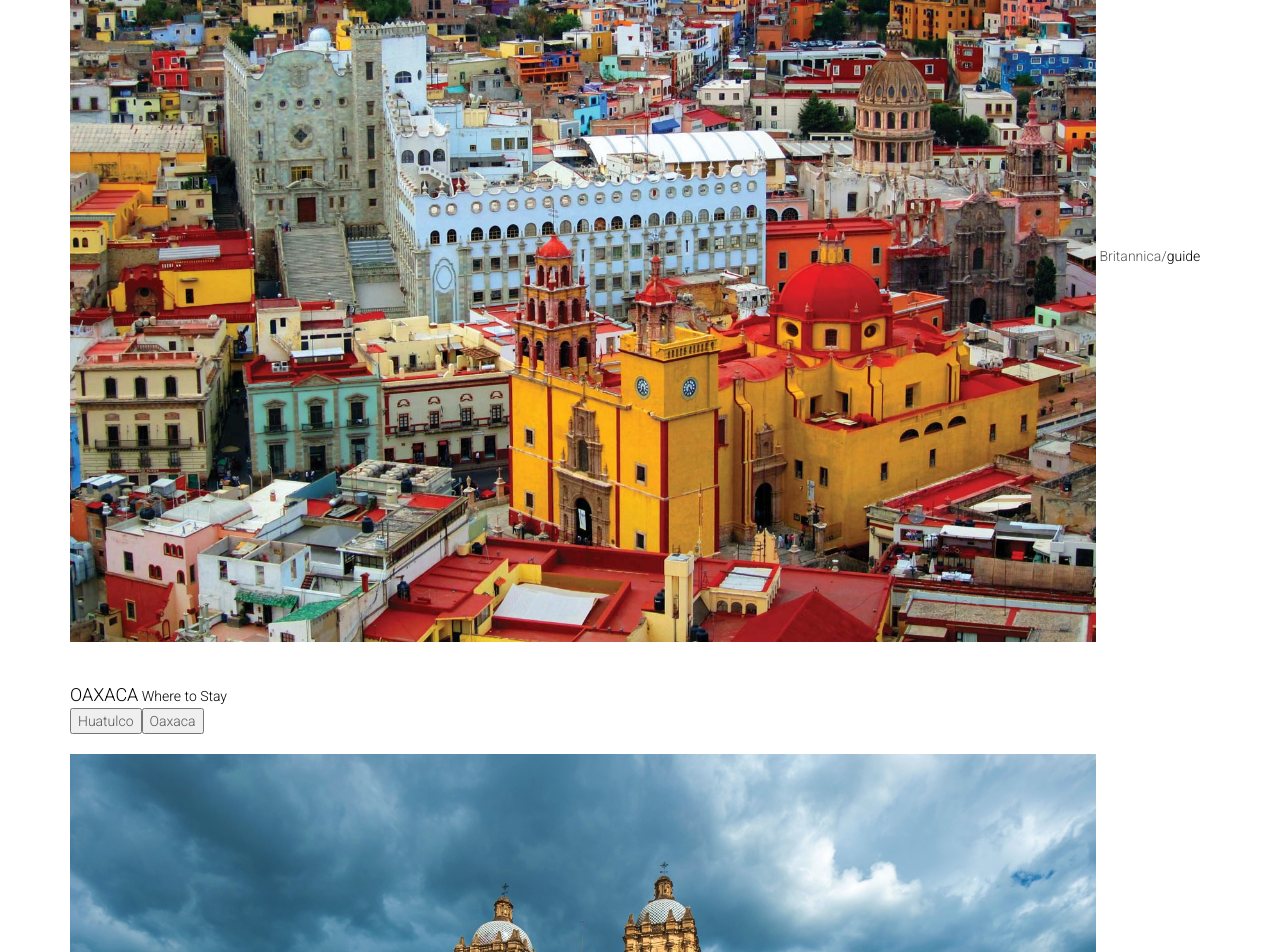
Repository: navegantemx/holiday-destination
Page: destinations.html
The author's editor kept a record of every edit. The page is drawn from the files as they stood at one moment, then again after the next edit.
The browser window is 1280 px wide. The pictures show the part of the page from y = 3381 to 4333 px (the page is 7991 px tall before and 8011 px after).
A picture or video elsewhere on the page could not be fetched, so the positions and the page height are approximate. Some web libraries are served in a nearby version.

Above is the page before.

### destinations.html
<!DOCTYPE html>
<html lang="en">
<head>
    <meta charset="UTF-8">
    <meta name="viewport" content="width=device-width, initial-scale=1.0">
    <meta http-equiv="X-UA-Compatible" content="ie=edge">
    <link rel="stylesheet" href="https://maxcdn.bootstrapcdn.com/bootstrap/3.3.7/css/bootstrap.min.css" type="text/css" />
    <link rel="stylesheet" href="https://maxcdn.bootstrapcdn.com/font-awesome/4.7.0/css/font-awesome.min.css" type="text/css" />
    <link rel="stylesheet" href="https://cdnjs.cloudflare.com/ajax/libs/hover.css/2.1.1/css/hover-min.css" type="text/css" />
    <link rel="stylesheet" href="assets/css/style.css" type="text/css" />
    <script src="https://code.jquery.com/jquery-1.11.3.min.js"></script>
    <title>Holiday Destination - Mexico</title>
</head>
<body>
    <header class="container">
        <div class="row">
            <a href="index.html">
                <div class="col-md-4 logo"></div>
            </a>
            <div class="col-md-8">
                <div class="row">
                    <ul id="nav" class="list-inline clearfix">
                        <li class="col-xs-6 col-sm-3 ui-menu-color-home menuitem">
                            <a href="index.html" class="hvr-sweep-to-bottom"><i class="fa fa-home" aria-hidden="true"></i><span>Home</span></a>
                        </li>
                        <li class="col-xs-6 col-sm-3 ui-menu-color-destinations menuitem">
                            <a href="destinations.html" class="hvr-sweep-to-bottom"><i class="fa fa-plane" aria-hidden="true"></i><span>Destinations</span></a>
                        </li>
                        <li class="col-xs-6 col-sm-3 ui-menu-color-charts menuitem">
                            <a href="charts.html" class="hvr-sweep-to-bottom"><i class="fa fa-pie-chart" aria-hidden="true"></i><span>Charts Statistics</span></a>
                        </li>
                        <li class="col-xs-6 col-sm-3 ui-menu-color-contact menuitem">
                            <a href="contact.html" class="hvr-sweep-to-bottom"><i class="fa fa-commenting-o" aria-hidden="true"></i><span>Contact</span></a>
                        </li>
                    </ul>
                </div>
            </div>
        </div>
    </header>
    <br>
    <section class="container">
        <div class="row">
            <div class="col-md-12">
                <h3 class="section-heading uppercase">10 Best Places to Visit in Mexico</h3>
            </div>
        </div>
    </section>
    <br>

        <!------Design idea taken from https://www.touropia.com/best-places-to-visit-in-mexico/ ------------>

    <section class="container">
        <a href="https://en.wikipedia.org/wiki/Puebla_(city)" target="_blank" class="fancybox iframe">PUEBLA</a>
        <a href="//www.touropia.com/checkin?city=Puebla,Mexico" target="_blank" class="fancybox">Where to Stay</a><br>
        <button id="pueblaButton">Cholula</button><span><button id="cholulaButton">Puebla</button></span><br><br>
        <div class="image_640">
            <!--url("../images/mexico.jpg")-->
            <img id="pueblaImage" src= assets/images/puebla_puebla_01.jpg width="90%"><br>
            <span class="photo-credit">By<a href="https://www.kayak.com/Puebla-City.17433.guide" target="_blank">Kayak</a></span>
        </div>
        <br><br>

        <a href="https://en.wikipedia.org/wiki/M%C3%A9rida,_Yucat%C3%A1n" target="_blank" class="fancybox iframe">MERIDA</a>
        <a href="//www.touropia.com/checkin?city=Merida,Mexico" target="_blank" class="fancybox">Where to Stay</a><br>
        <button id="meridaButton">Progreso</button><span><button id="progresoButton">Merida</button></span><br><br>
        <div class="image_640">
            <img id="meridaImage" src= assets/images/yucatan_merida_01.jpg width="90%"><br>
            <span class="photo-credit">CNN/<a href="https://www.cnn.com/travel/article/things-to-do-merida-mexico/index.html" target="_blank">guide</a></span>
        </div>
        <br><br>

        <a href="https://en.wikipedia.org/wiki/Taxco" target="_blank" class="fancybox iframe">TAXCO</a>
        <a href="//www.touropia.com/checkin?city=Taxco,Mexico" target="_blank" class="fancybox">Where to Stay</a><br>
        <button id="taxcoButton">Acapulco</button><span><button id="acapulcoButton">Taxco</button></span><br><br>
        <div class="image_640">
            <img id="taxcoImage" src= assets/images/gro_taxco_01.jpg width="90%"><br>
            <span class="photo-credit">Flickr/<a href="https://www.flickr.com/photos/david-bank/4172340439" target="_blank">guide</a></span>
        </div>
        <br><br>

        <a href="https://en.wikipedia.org/wiki/Copper_Canyon" target="_blank" class="fancybox iframe">COPPER CANYON</a>
        <a href="//www.touropia.com/checkin?city=Chihuahua,Mexico" target="_blank" class="fancybox">Where to Stay</a><br>
        <button id="coppercanyonButton">Chihuahua</button><span><button id="chihuahuaButton">Copper Canyon</button></span><br><br>
        <div class="image_640">
            <img id="coppercanyonImage" src= assets/images/chihuahua_coppercanyon_01.jpg width="90%"><br>
            <span class="photo-credit">Earth/<a href="https://www.earth.com/news/raramuri-people-copper-canyon" target="_blank">guide</a></span>
        </div>
        <br><br>

        <a href="https://en.wikipedia.org/wiki/Guanajuato_City" target="_blank" class="fancybox iframe">GUANAJUATO</a>
        <a href="//www.touropia.com/checkin?city=Guanajuato,Mexico" target="_blank" class="fancybox">Where to Stay</a><br>
        <button id="guanajuatoButton">Leon</button><span><button id="leonButton">Guanajuato</button></span><br><br>
        <div class="image_640">
            <img id="guanajuatoImage" src= assets/images/guanajuato_gto_01.jpg width="90%">
            <span class="photo-credit">Britannica/<a href="https://www.britannica.com/place/Guanajuato-Mexico" target="_blank">guide</a></span>
        </div>
        <br><br>

        <a href="https://en.wikipedia.org/wiki/Oaxaca_City" target="_blank" class="fancybox iframe">OAXACA</a>
        <a href="//www.touropia.com/checkin?city=Oaxaca,Mexico" target="_blank" class="fancybox">Where to Stay</a><br>
        <button id="oaxacaButton">Huatulco</button><span><button id="huatulcoButton">Oaxaca</button></span><br><br>
        <div class="image_640">
            <img id="oaxacaImage" src= assets/images/oaxaca_oaxaca_01.jpg width="90%">
            <span class="photo-credit">Wall/<a href="https://wall.alphacoders.com/big.php?i=946712" target="_blank">guide</a></span>
        </div>
        <br><br>

        <a href="https://en.wikipedia.org/wiki/Mexico_City" target="_blank" class="fancybox iframe">MEXICO CITY</a>
        <a href="//www.touropia.com/checkin?city=Mexico City,Mexico" target="_blank" class="fancybox">Where to Stay</a><br>
        <button id="mxcityButton">Coyoacan</button><span><button id="coyoacanButton">Mexico City</button></span><br><br>
        <div class="image_640">
            <img id="mxcityImage" src= assets/images/mexico_mexico_01.jpg width="90%">
            <span class="photo-credit">Temblor/<a href="https://temblor.net/earthquake-insights/spasm-of-temblors-tests-earthquake-early-warning-for-mexico-city-and-beyond-6410/" target="_blank">guide</a></span>
        </div>
        <br><br>

        <a href="https://en.wikipedia.org/wiki/Teotihuacan" target="_blank" class="fancybox iframe">TEOTIHUACAN</a>
        <a href="//www.touropia.com/checkin?city=San Juan Teotihuacan,Mexico" target="_blank" class="fancybox">Where to Stay</a><br>
        <button id="teotihuacanButton">San Juan</button><span><button id="sanjuanButton">Teotihuacan</button></span><br><br>
        <div class="image_640">
            <img id="teotihuacanImage" src= assets/images/mexico_teotihuacan_01.jpg width="90%">
            <span class="photo-credit">Wikipedia/<a href="https://en.wikipedia.org/wiki/Teotihuac%C3%A1n_Municipality" target="_blank">guide</a></span>
        </div>
        <br><br>

        <a href="https://en.wikipedia.org/wiki/Canc%C3%BAn" target="_blank" class="fancybox iframe">CANCUN</a>
        <a href="//www.touropia.com/checkin?city=Cancun,Mexico" target="_blank" class="fancybox">Where to Stay</a><br>
        <button id="cancunButton">Cozumel</button><span><button id="cozumelButton">Cancun</button></span><br><br>
        <div class="image_640">
            <img id="cancunImage" src= assets/images/quintana_cancun_01.jpg width="90%">
            <span class="photo-credit">iStock</a></span>
        </div>
        <br><br>

        <a href="https://en.wikipedia.org/wiki/Chichen_Itza" target="_blank" class="fancybox iframe">CHICHEN ITZA</a>
        <a href="//www.touropia.com/checkin?city=Chichen Itza,Mexico" target="_blank" class="fancybox">Where to Stay</a><br>
        <button id="chichenButton">Chichen Itza 02</button><span><button id="itzaButton">Chichen Itza</button></span><br><br>
        <div class="image_640">
            <img id="chichenImage" src= assets/images/chichen_itza_01.jpg width="90%">
            <span class="photo-credit">Onthego/<a href="https://www.onthegotours.com/blog/2013/02/exploring-chichen-itza-mexico" target="_blank">guide</a></span>
        </div>
        <br><br>
    </section>
    <footer class="container">
        <div id="footer-details " class="row ">
            <div class="col-sm-4 ">
                <h5 class="uppercase general-sub ">About</h5>
                <ul>
                    <li><a href="https://www.touropia.com/about/">About Touropia</a></li>
                    <li><a href="https://www.touropia.com/contact/">Contact</a></li>
                </ul>
            </div>
            <div class="col-sm-4 ">
                <h5 class="uppercase general-sub ">Let's get Social</h5>
                <ul class="list-inline social-links ">
                    <li><a target="_blank " href="# "><i class="fa fa-facebook "></i></a></li>
                    <li><a target="_blank " href="# "><i class="fa fa-twitter "></i></a></li>
                    <li><a target="_blank " href="# "><i class="fa fa-linkedin "></i></a></li>
                    <li><a target="_blank " href="# "><i class="fa fa-pinterest "></i></a></li>
                    <li><a target="_blank " href="# "><i class="fa fa-instagram "></i></a></li>
                    <li><a target="_blank " href="# "><i class="fa fa-youtube "></i></a></li>
                </ul>
            </div>
        </div>
    </footer>

    <script src="assets/js/destinations.js"></script>

</body>
</html>

### assets/css/style.css
@import url('https://fonts.googleapis.com/css?family=Roboto:100,200,300,400,500,600,700|Exo:100,200,300,400,500,600,700');

/*--------------------------------------------Colors*/

.bg-color-contact {
    background-color: #ffffff;
}

.bg-color-maps {
    background-color: #f4f4f4;
}

.ui-menu-color-home {
    background-color: #e67e22;
}

.ui-menu-color-destinations {
    background-color: #9b59b6;
}

.ui-menu-color-charts {
    background-color: #06991e;
}

.ui-menu-color-contact {
    background-color: #3498db;
}

body {
    font-family: Roboto, sans-serif;
    font-weight: 300;
    background-color: #FFFFFF;
    color: #555555;
}

/*--------------------------------------------Special Paddings/Margins/Text*/

.section-heading {
    text-align: center;
}


h1,
h2,
h3,
h4 {
    margin: 0;
}

.uppercase {
    text-transform: uppercase;
}

.general-sub {
    font-family: "Exo", sans-serif;
    font-weight: 300;
    color: #fafafa;
    margin-left: 60px;

}

/*--------------------------------------------Heading*/

header {
    margin: 0;
}

.heading {
    margin-left: 50px;
}

.row {
    margin-right: -15px;
    margin-left: -15px;
    margin-top: 5px;
}

.logo {
    background: url("../images/mexico.jpg");
    background-position: center;
    background-repeat: no-repeat;
    background-size: cover;
    min-height: 125px;
    transition: all .5s ease-in-out;
    -moz-transition: all .5s ease-in-out;
    -webkit-transition: all .5s ease-in-out;
}

.title {
    font-family: "Roboto", sans-serif;
    font-weight: 200;
    font-size: 28px;
    margin-top: 20px;
    margin-bottom: 90px;
    color: #ffffff;
}

#nav {
    margin: 0;
}

#nav li {
    padding: 0;
}

.menuitem {
    height: 120px;
    text-align: center;
    padding: 0;
}

.menuitem a {
    width: 100%;
    text-decoration: none;
    color: #ffffff;
    height: 120px;
}


.menuitem a i {
    padding-top: 22px;
    display: block;
    color: #fafafa;
    font-size: 26px;
}

.menuitem span {
    display: block;
    width: 100%;
    padding-top: 5px;
    text-align: center;
    text-transform: uppercase;
    font-size: 14px;
    font-weight: 300;
    letter-spacing: 2px;
}


.iframe {
    font-family: "Roboto", sans-serif;
    font-weight: 350;
    font-size: 18px;
    margin-top: 20px;
    margin-bottom: 90px;
    color: #000000;
}


/*--------------------------------------------Hover.css*/

.hvr-sweep-to-bottom:before {
    background: rgba(0, 0, 0, 0.2);
    height: 120px;
}


/*--------------------------------------------Footer*/

footer {
    background-color: #a728e0;
    color: #fafafa;
    min-height: 100px;
    margin: 0;
}

.social-links {
    padding-bottom: 15px;
}

.social-links li a i {
    width: 32px;
    height: 32px;
    padding: 12px 0;
    border-radius: 50%;
    font-size: 13px;
    line-height: 7px;
    text-align: center;
    color: #fafafa;
    background: #8f8f8f;
    transition: all 0.35s ease-in-out;
    -moz-transition: all 0.35s ease-in-out;
    -webkit-transition: all 0.35s ease-in-out;
    -o-transition: all 0.35s ease-in-out;
}

.social-links li a i:hover {
    background: #e84610;
}

a {
    color: #000000;
    text-decoration: none;
}

#footer-details {
    margin: 20px;
}

/*--------------------------------------------Contact*/

.contact-heading {
    font-family: "Exo", sans-serif;
    font-weight: 300;
    margin-top: 25px;
    margin-bottom: 20px;
}


.center-form {
    padding-top: 10px;
    margin: 0 auto;
    max-width: 70%;
}

button[type="submit"] {
    margin-top: 15px;
    margin-bottom: 20px;
    background-color: #e84610;
    color: #fafafa;
}

/*--------------------------------------------Map*/

#map {
    height: 500px;
}

/*--------------------------------------------Media Queries*/

@media(min-width: 992px) {
    .section-column {
        float: none;
        display: table-cell;
    }

    .center-form {
        padding-top: 30px;
        min-height: 240px;
        margin: 0 auto;
        max-width: 50%;
    }
}

### assets/js/destinations.js

$(document).ready(function() {
    $("#pueblaButton").click(function() {
        $("#pueblaImage").attr("src", "assets/images/puebla_cholula_01.jpg");
    });

    $("#cholulaButton").click(function() {
        $("#pueblaImage").attr("src", "assets/images/puebla_puebla_01.jpg");
    });

    $("#meridaButton").click(function() {
        $("#meridaImage").attr("src", "assets/images/yucatan_progreso_01.jpg");
    });

    $("#progresoButton").click(function() {
        $("#meridaImage").attr("src", "assets/images/yucatan_merida_01.jpg");
    });

    $("#taxcoButton").click(function() {
        $("#taxcoImage").attr("src", "assets/images/gro_acapulco_01.jpg");
    });

    $("#acapulcoButton").click(function() {
        $("#taxcoImage").attr("src", "assets/images/gro_taxco_01.jpg");
    });

    $("#coppercanyonButton").click(function() {
        $("#coppercanyonImage").attr("src", "assets/images/chihuahua_chihuahua_01.jpg");
    });

    $("#chihuahuaButton").click(function() {
        $("#coppercanyonImage").attr("src", "assets/images/chihuahua_coppercanyon_01.jpg");
    });

    $("#guanajuatoButton").click(function() {
        $("#guanajuatoImage").attr("src", "assets/images/guanajuato_leon_01.jpg");
    });

    $("#leonButton").click(function() {
        $("#guanajuatoImage").attr("src", "assets/images/guanajuato_gto_01.jpg");
    });

    $("#oaxacaButton").click(function() {
        $("#oaxacaImage").attr("src", "assets/images/oaxaca_huatulco_01.jpg");
    });

    $("#huatulcoButton").click(function() {
        $("#oaxacaImage").attr("src", "assets/images/oaxaca_oaxaca_01.jpg");
    });

    $("#mxcityButton").click(function() {
        $("#mxcityImage").attr("src", "assets/images/mexico_coyoacan_01.jpg");
    });

    $("#coyoacanButton").click(function() {
        $("#mxcityImage").attr("src", "assets/images/mexico_mexico_01.jpg");
    });

    $("#teotihuacanButton").click(function() {
        $("#teotihuacanImage").attr("src", "assets/images/mexico_sanjuan_01.jpg");
    });

    $("#sanjuanButton").click(function() {
        $("#teotihuacanImage").attr("src", "assets/images/mexico_teotihuacan_01.jpg");
    });

    $("#cancunButton").click(function() {
        $("#cancunImage").attr("src", "assets/images/quintana_cozumel_01.jpg");
    });

    $("#cozumelButton").click(function() {
        $("#cancunImage").attr("src", "assets/images/quintana_cancun_01.jpg");
    });

    $("#chichenButton").click(function() {
        $("#chichenImage").attr("src", "assets/images/chichen_itza_02.jpg");
    });

    $("#itzaButton").click(function() {
        $("#chichenImage").attr("src", "assets/images/chichen_itza_01.jpg");
    });
});

After the next edit:
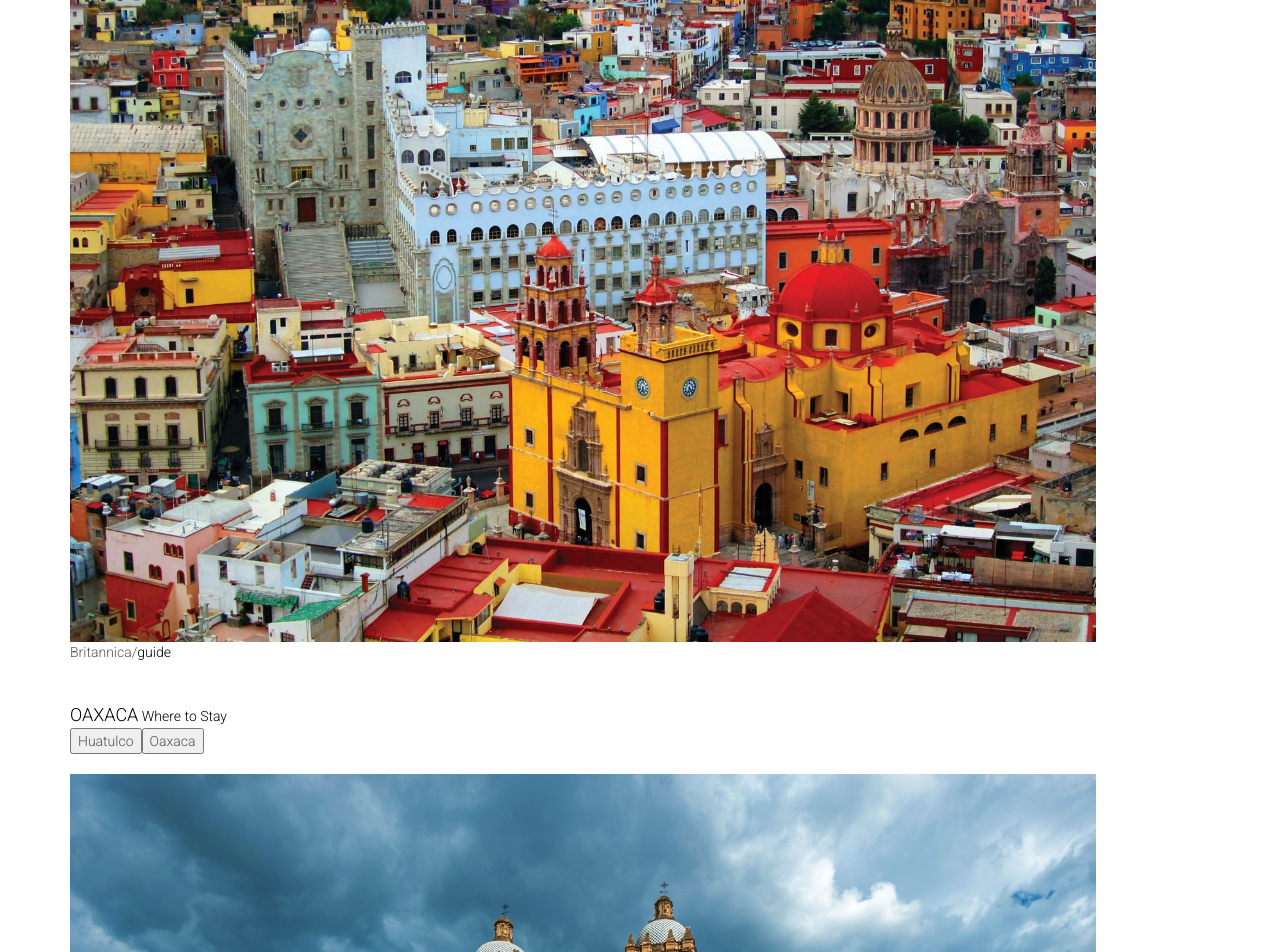
The edit:
--- a/destinations.html
+++ b/destinations.html
@@ -91,7 +91,7 @@
         <a href="//www.touropia.com/checkin?city=Guanajuato,Mexico" target="_blank" class="fancybox">Where to Stay</a><br>
         <button id="guanajuatoButton">Leon</button><span><button id="leonButton">Guanajuato</button></span><br><br>
         <div class="image_640">
-            <img id="guanajuatoImage" src= assets/images/guanajuato_gto_01.jpg width="90%">
+            <img id="guanajuatoImage" src= assets/images/guanajuato_gto_01.jpg width="90%"><br>
             <span class="photo-credit">Britannica/<a href="https://www.britannica.com/place/Guanajuato-Mexico" target="_blank">guide</a></span>
         </div>
         <br><br>
